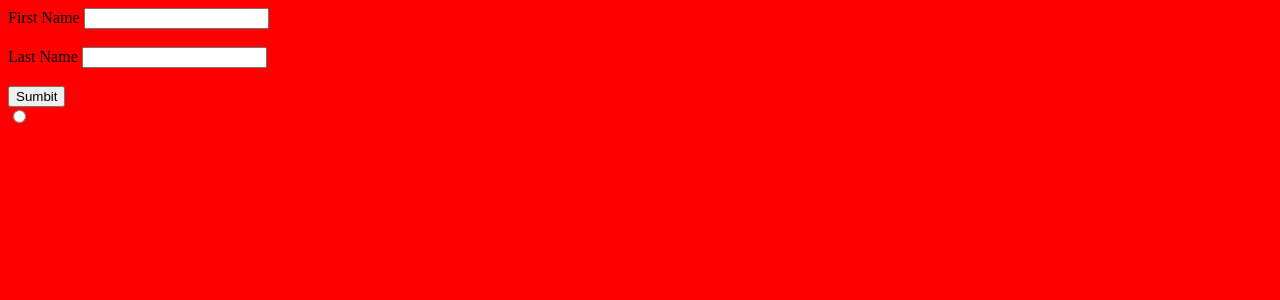
Repository: Fariaddd/codefactor-stylesheet
Page: index.html
An editor plug-in stored every save of this project. The page is shown before and after the next save, followed by the edit.
The browser window is 1280 px wide. The pictures show the whole page.

Above is the page before, as saved 2021-11-17 19:05:01.

After the next save:
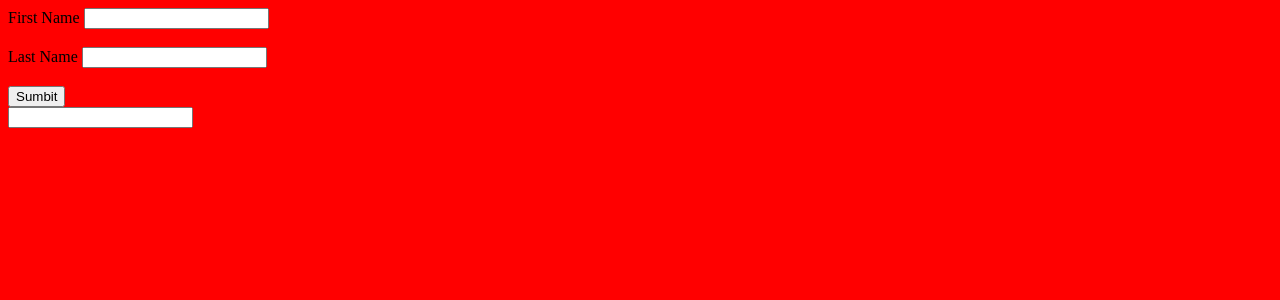
Saved 8 s later.
--- a/index.html
+++ b/index.html
@@ -17,7 +17,7 @@
     </form>
 
     <div>
-      <input type="radio" />
+      <input type="passowrd" />
     </div>
   </body>
 </html>
